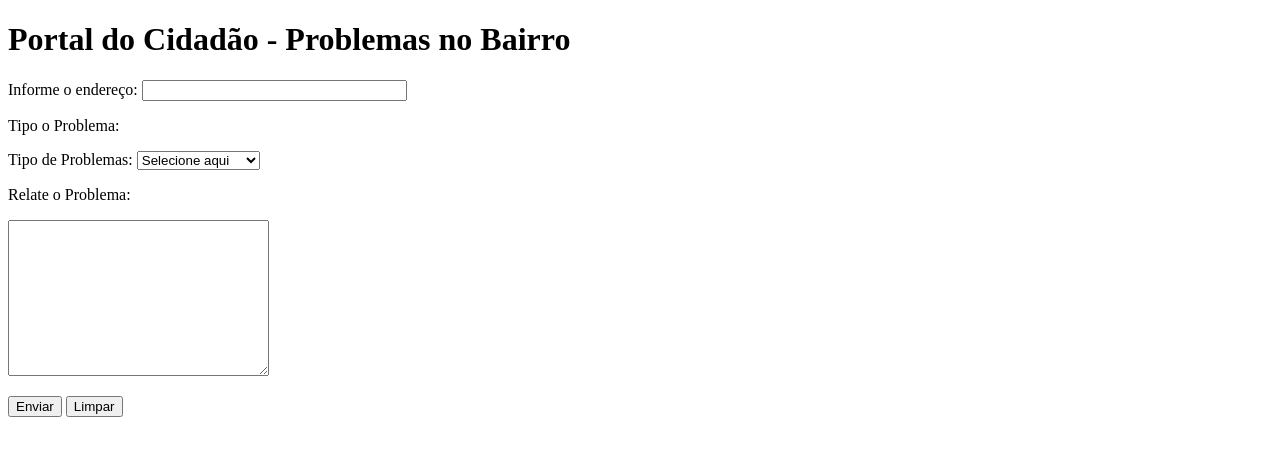
Repository: Marcelinalima/Java_JSP
Page: formulario_ex/src/main/webapp/reclamacoes.html
An editor plug-in stored every save of this project. The page is shown before and after the next save, followed by the edit.
The browser window is 1280 px wide. The pictures show the whole page.

Above is the page before, as saved 2023-04-17 14:55:44.

After the next save:
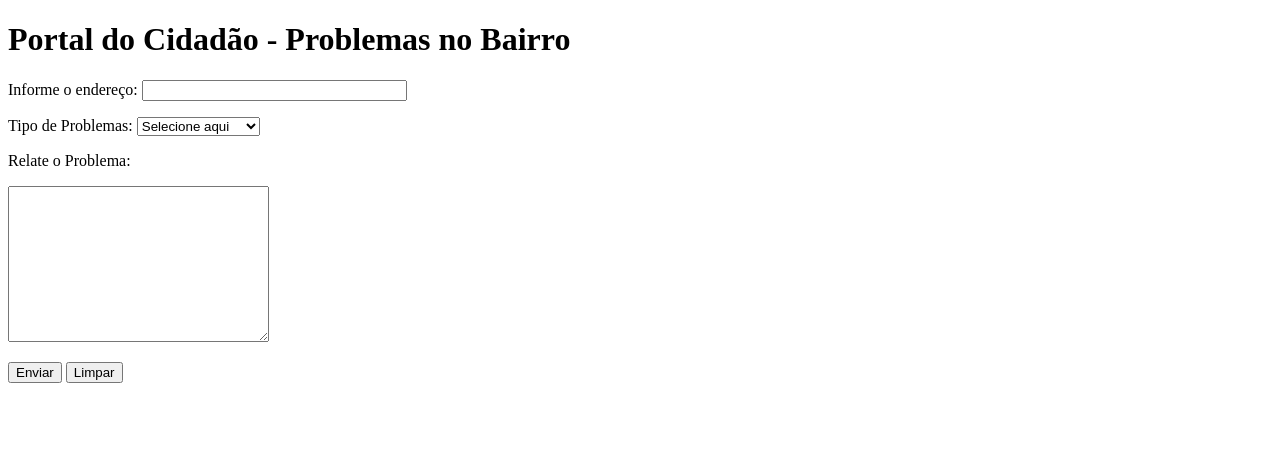
Saved 28 s later.
--- a/formulario_ex/src/main/webapp/reclamacoes.html
+++ b/formulario_ex/src/main/webapp/reclamacoes.html
@@ -12,7 +12,7 @@
       <p>Informe o endereço: <input type="text" name="p_nome" size="30" /></p>
 
 
-		<p>Tipo o Problema: </p>
+
 		<label for= "tipo de problema">Tipo de Problemas:</label>
 		<select name="Tipo de problema">
 		<option selected="selected" disabled>Selecione aqui</option>
